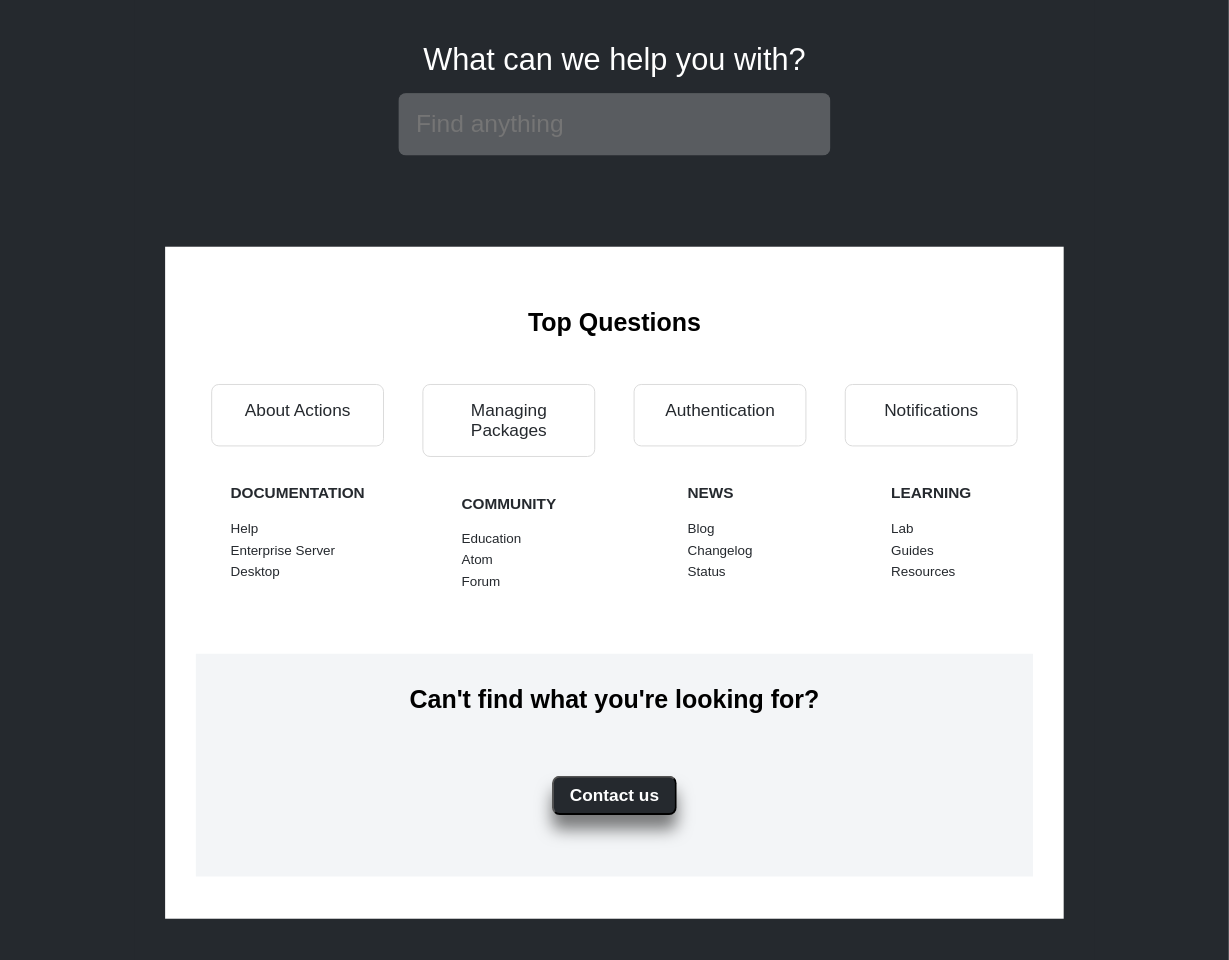
Repository: Hcmwebs/Help-Center-UI-
Page: index.html
These files come from the project's save history. The page is drawn as it stood at one moment and after the next save; the edit follows.
The browser window is 1280 px wide. The pictures show the whole page, at 96% of full size.
The style sheet was rebuilt from its Sass, Less or Tailwind sources for each picture, by a compiler version that may differ from the author's.

Above is the page before, as saved 2020-08-26 08:45:15.

After the next save:
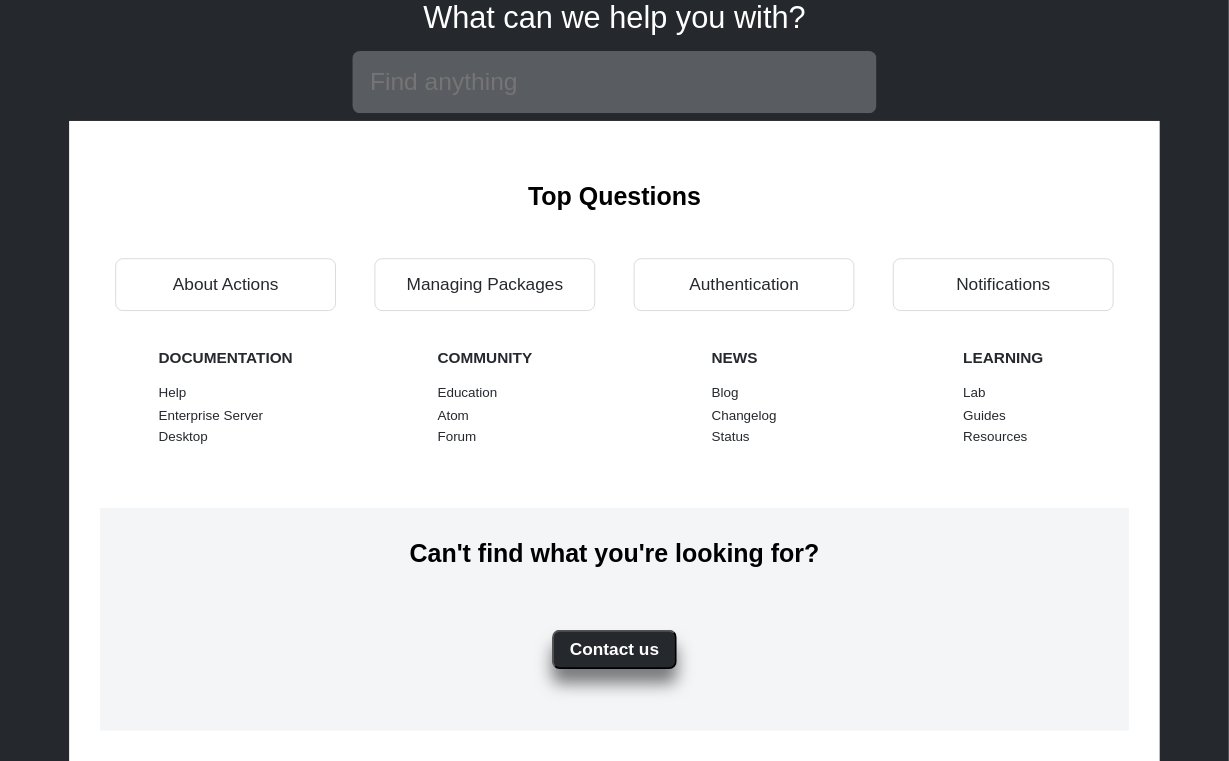
Saved 8 min 49 s later.
--- a/scss/_medias.scss
+++ b/scss/_medias.scss
@@ -1,8 +1,8 @@
 
 @media(min-width:700px){
     .container{
-        width: 1000px;
-        height: 1000px;
+        width: 1200px;
+        height: auto;
         display: grid;
         place-items: center;
 
@@ -13,7 +13,6 @@
 
         .card{
             width: 100%;
-            height: 700px;
 
             &-items{
                 display: grid;
